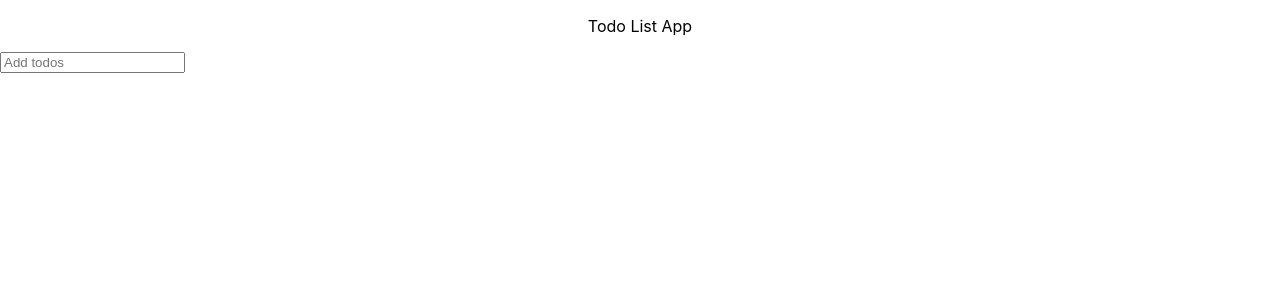
Repository: JohnKang0720/Simple-Todo-List
Page: /
The author's editor kept a copy of each file at every save. The page is drawn from the files as they stood at one save, then again after a run of saves.
The browser window is 1280 px wide. The pictures show the whole page.
The project was rebuilt for these pictures with package versions that can differ from the ones it lists, and the page was loaded fresh each time.

Above is the page before, as saved 2021-05-24 11:20:26.

### src/App.js
import logo from './logo.svg';
import './App.css';
import TodoList from './TodoList'
function App() {
  return (
    <div className="App">
     <p> Todo List App</p>
    <TodoList/>
    </div>
  );
}

export default App;

### src/TodoList.js
import React, {useState} from 'react'

function TodoList() {
    const [input, setinput] = useState('')
    const style = {
        display: "flex"
    }
    return (
        <div>
           <form  className = "todo-form" style = {style}>
               <input type = "text" placeholder = "Add todos"  />

           </form>
        </div>
    )
}

export default TodoList

Loaded but not shown: public/index.html (common file); src/index.js (common file); src/index.css (common file); src/reportWebVitals.js (common file); src/App.css (common file)

After the next 2 saves:
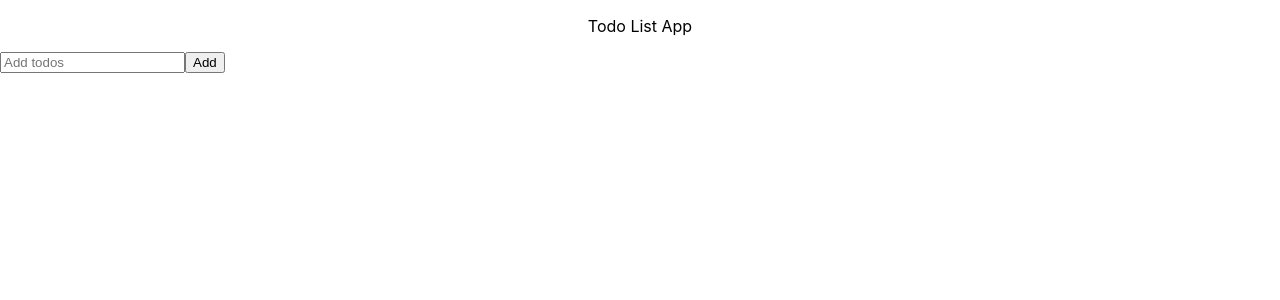
The 2 saves are shown as one change because 1 did not build or start.
The last was saved 72 s later.
--- a/src/TodoList.js
+++ b/src/TodoList.js
@@ -3,13 +3,15 @@ import React, {useState} from 'react'
 function TodoList() {
     const [input, setinput] = useState('')
     const style = {
-        display: "flex"
+        display: "flex",
+        align: "center"
     }
+
     return (
         <div>
            <form  className = "todo-form" style = {style}>
                <input type = "text" placeholder = "Add todos"  />
-
+               <button > Add </button>
            </form>
         </div>
     )
